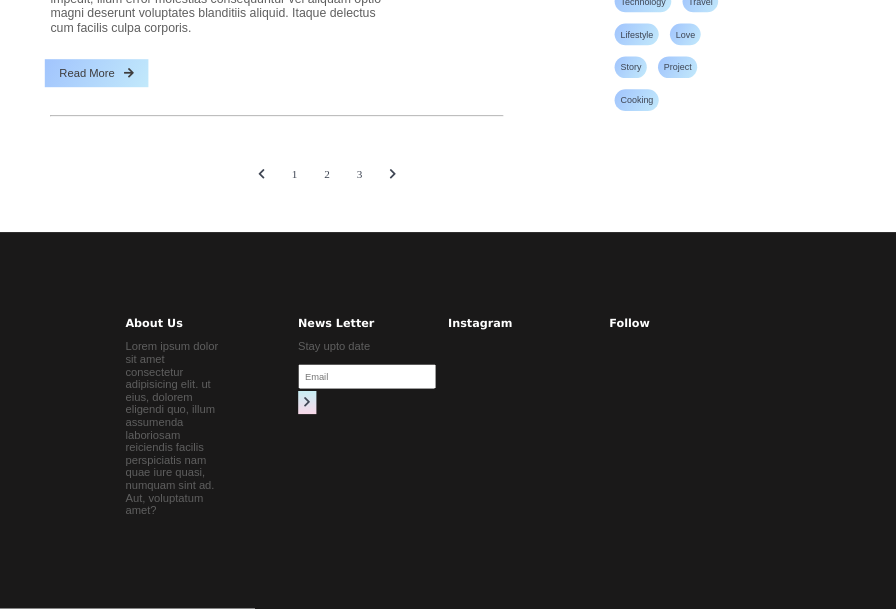
Repository: premjawaharp/Blogsite
Page: index.html
An editor plug-in stored every save of this project. The page is shown before and after the next save, followed by the edit.
The browser window is 1280 px wide. The pictures show the part of the page from y = 3621 to 5541 px (the page is 4491 px tall before and 5684 px after), at 70% of full size.

Above is the page before, as saved 2020-09-18 15:23:33.

After the next save:
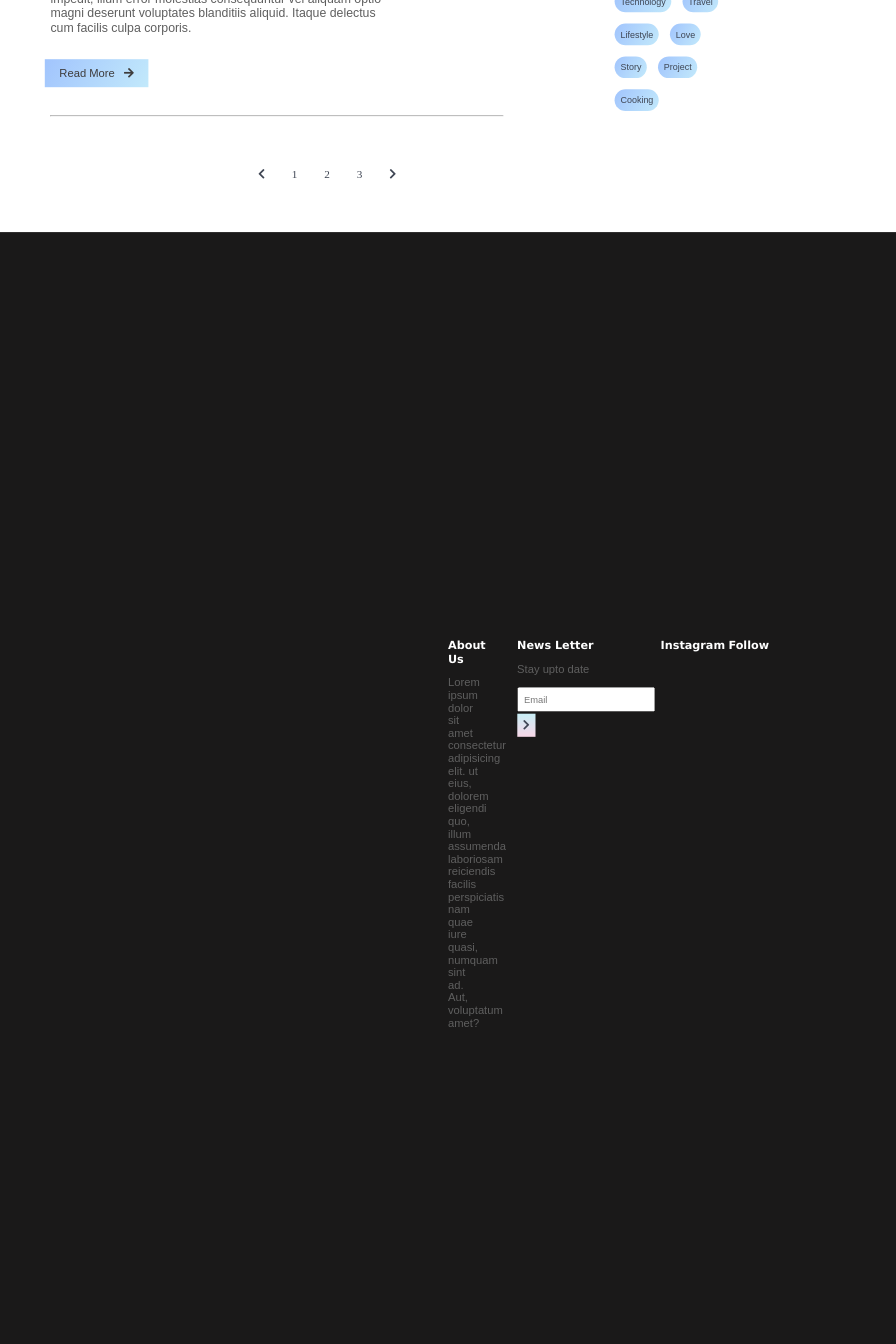
Saved 10 s later.
--- a/css/style.css
+++ b/css/style.css
@@ -483,7 +483,7 @@
 
 }
 .footer .pad-pad{
-    padding:10%;
+    padding:50%;
 }
 .footer .news-inputs span{
     color: var(--text-gray);

After the save that followed:
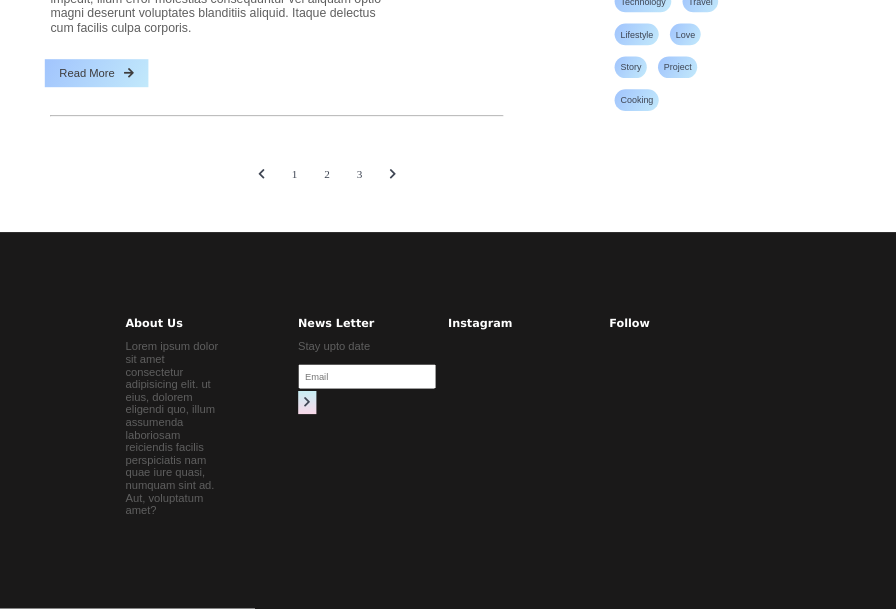
Saved 4 s later.
--- a/css/style.css
+++ b/css/style.css
@@ -483,7 +483,7 @@
 
 }
 .footer .pad-pad{
-    padding:50%;
+    padding:10%;
 }
 .footer .news-inputs span{
     color: var(--text-gray);
